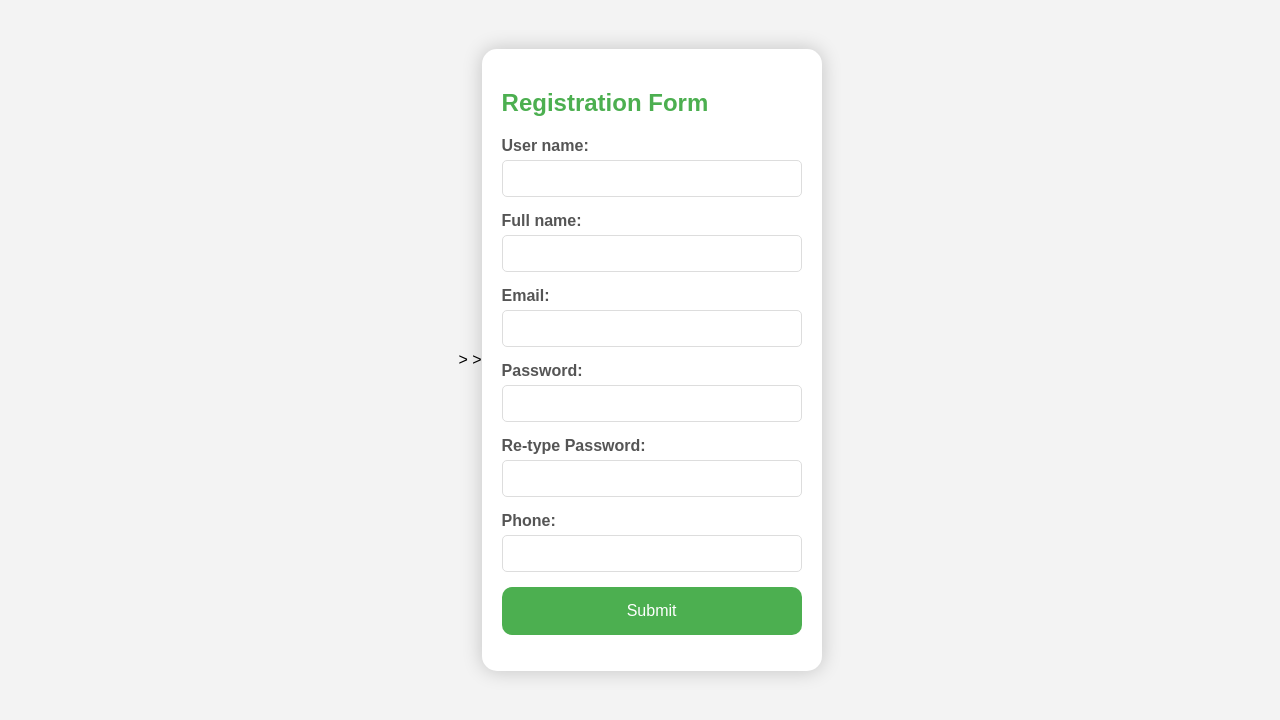
Repository: TuanThanhIT/LapTrinhWeb_BaiTapTuan5
Page: http://localhost/HelloWorld/views/register.jsp
An editor plug-in stored every save of this project. The page is shown before and after the next save, followed by the edit.
The browser window is 1280 px wide. The pictures show the whole page.
The page is served by Tomcat 10.

Above is the page before, as saved 2024-09-17 15:40:56.

After the next save:
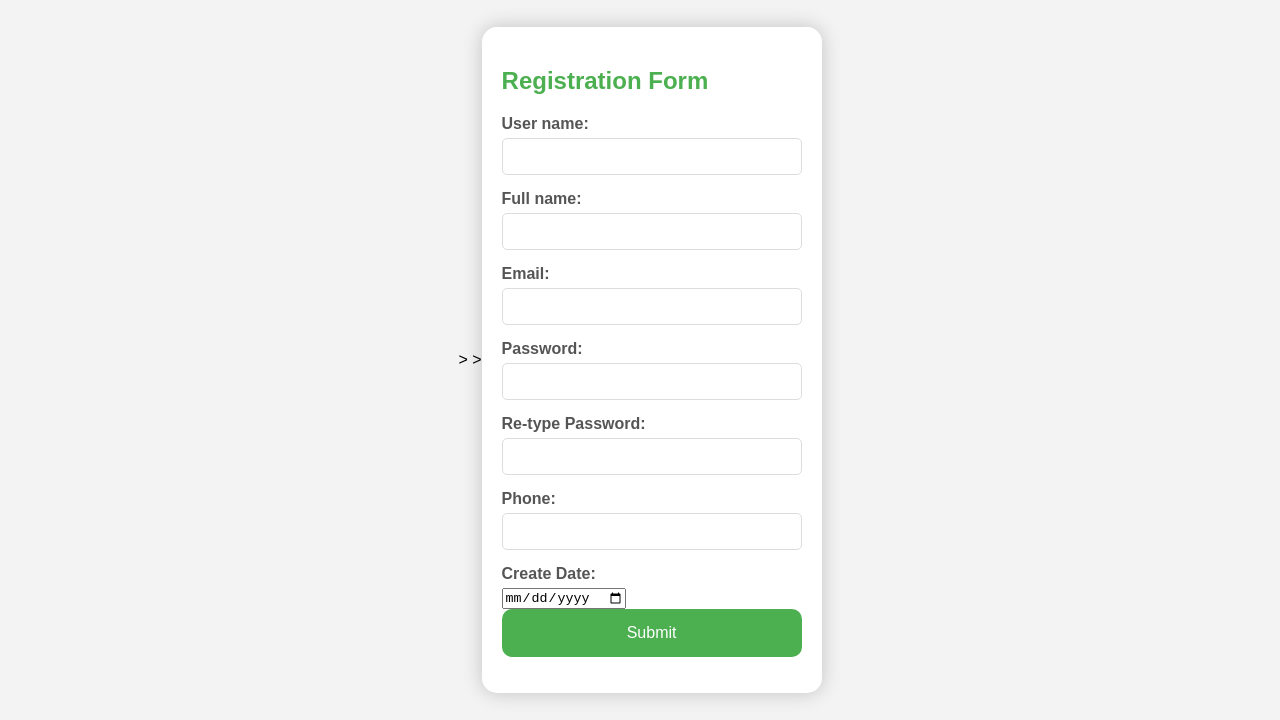
Saved 2 min 56 s later.
--- a/HelloWorld/src/main/webapp/views/register.jsp
+++ b/HelloWorld/src/main/webapp/views/register.jsp
@@ -94,6 +94,8 @@
             <label for="phone">Phone:</label>
             <input type="text" id="phone" name="phone" maxlength="10" required />
 
+			 <label for="createdate">Create Date:</label>
+    		<input type="date" id="createdate" name="createdate" required />
 
 
             <button type="submit">
